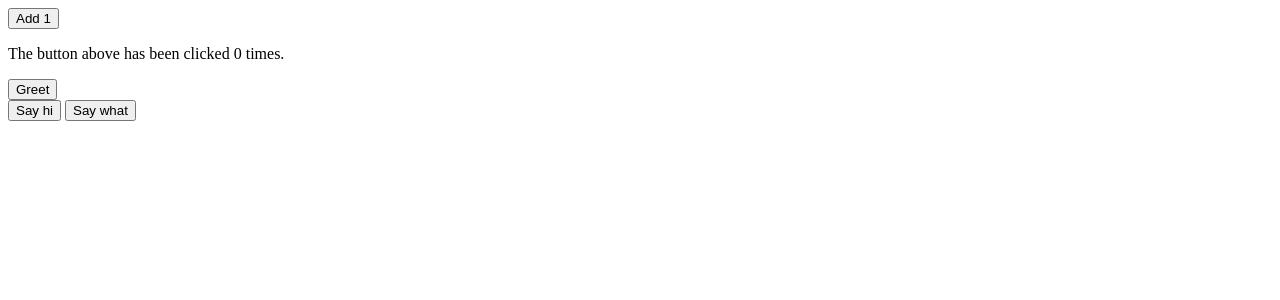
Repository: MeghaNagari/PracticeAtVMC
Page: Practice/VuePractice/WebContent/EventHandling.html
An editor plug-in stored every save of this project. The page is shown before and after the next save, followed by the edit.
The browser window is 1280 px wide. The pictures show the whole page.
Some web libraries are served in a nearby version.

Above is the page before, as saved 2018-03-20 06:12:24.

### Practice/VuePractice/WebContent/EventHandling.html
<!DOCTYPE html>
<html>
<head>
<meta charset="UTF-8">
<title>Insert title here</title>
<script src="https://cdn.jsdelivr.net/npm/vue@2.5.16/dist/vue.js"></script>

</head>
<body>
	<div id="test1">
		<button v-on:click="counter += 1">Add 1</button>
		<p>The button above has been clicked {{ counter }} times.</p>
	</div>

	<div id="test2">


		<!-- `greet` is the name of a method defined below -->
		<button v-on:click="greet">Greet</button>
	</div>

	<div id="example-3">
		<button v-on:click="say('hi')">Say hi</button>
		<button v-on:click="say('what')">Say what</button>
	</div>


</body>

<script>
	var example1 = new Vue({
		el : '#test1',
		data : {
			counter : 0
		}
	})
</script>


<script>
	var example2 = new Vue({
		el : '#test2',
		data : {
			name : 'Vue.js'
		},
		// define methods under the `methods` object
		methods : {
			greet : function(event) {
				// `this` inside methods points to the Vue instance
				alert('Hello ' + this.name + '!')
				// `event` is the native DOM event
				if (event) {
					alert(event.target.tagName)
				}
			}
		}
	})
	example2.greet();
</script>


<script>

new Vue({
	  el: '#example-3',
	  methods: {
	    say: function (message) {
	      alert(message)
	    }
	  }
	})

</script>

</html>

After the next save:
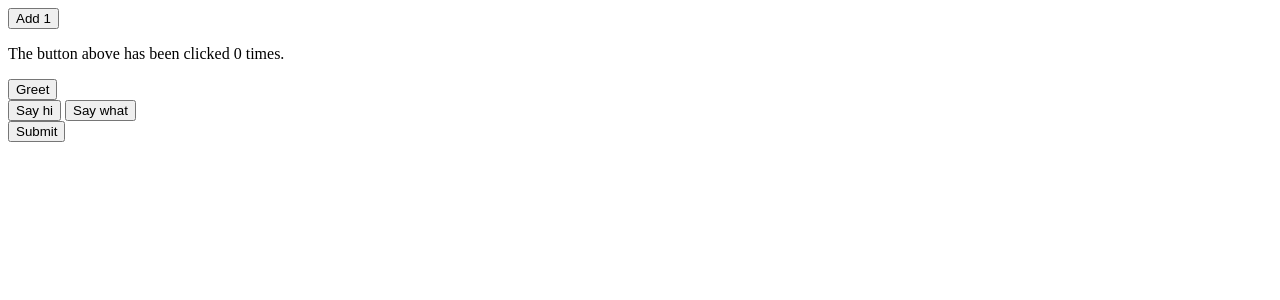
Saved 2 min 5 s later.
--- a/Practice/VuePractice/WebContent/EventHandling.html
+++ b/Practice/VuePractice/WebContent/EventHandling.html
@@ -23,7 +23,13 @@
 		<button v-on:click="say('hi')">Say hi</button>
 		<button v-on:click="say('what')">Say what</button>
 	</div>
+<div id="test4">
 
+<button v-on:click="warn('Form cannot be submitted yet.', $event)">
+  Submit
+</button>
+
+</div>
 
 </body>
 
@@ -71,5 +77,18 @@ new Vue({
 	})
 
 </script>
+<script>
+new Vue({
+	el:"#test4",
+
+methods: {
+	  warn: function (message, event) {
+	    // now we have access to the native event
+	    if (event) event.preventDefault()
+	    alert(message)
+	  }
+	}
+})
+</script>
 
 </html>
